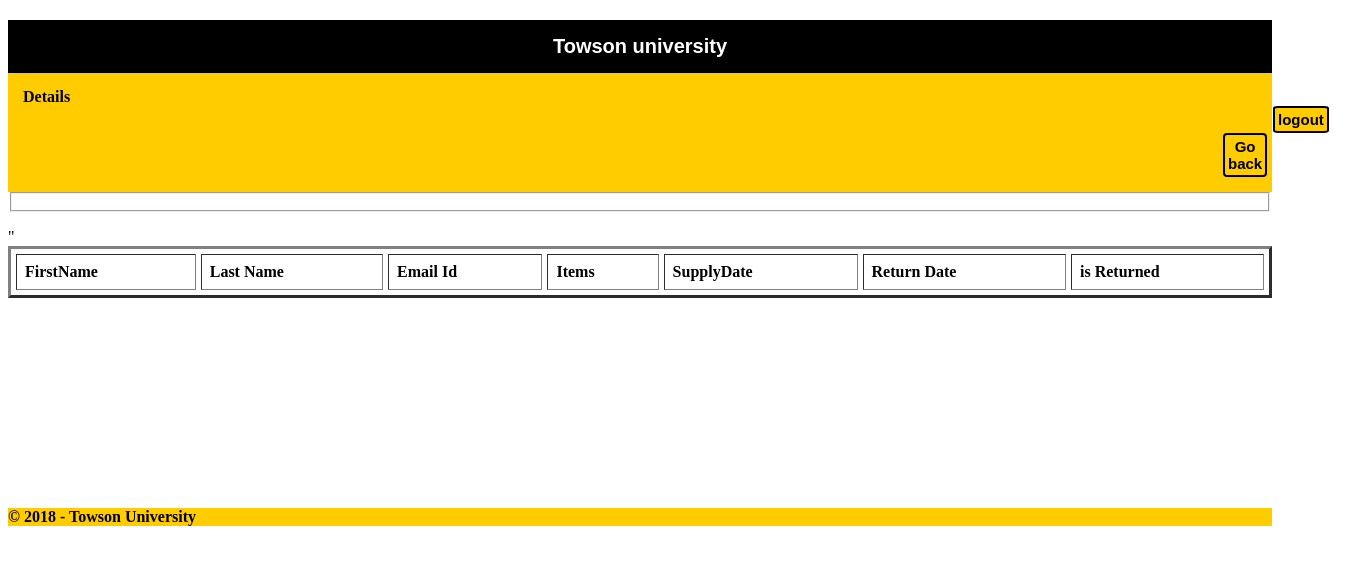
Repository: DatabaseCOSC578/eclipse-workspace11
Page: http://localhost/Supervisor/Supervisorshow.jsp
These files come from the project's save history. The page is drawn as it stood at one moment and after the next save; the edit follows.
The browser window is 1280 px wide. The page is 1329 px wide, then 1347 px, so the pictures cover 1347 px, including what lies to the right of the window. The pictures show the whole page.
The page is served by Tomcat 9. Other server files are loaded and not shown. Queries for data that is not in the repository find no rows.

Above is the page before, as saved 2018-04-16 12:56:11.

### Supervisor/WebContent/Supervisorshow.jsp
<%@page import="java.sql.*"%>
<%@page import="java.lang.*"%>
<%@page import="java.util.*"%>
<html>
<head>
    <link href="css/layout1.css" rel="stylesheet">
</head>

<body>
<header><center>Towson university</center></header>
<form name="inputdetails" action="" method="post" id="form1">
<div ><b>Details</b>

<button id ="b2" type="submit" formaction="login.html">logout</button>
<button id ="b1" type="submit" formaction="Supervisor.jsp">Go back</button>
</div>
<fieldset><center>

<!-- <b>CustId:</b> <input type=text style="width: 200px;" name="custid " placeholder="customer ID"><br><br> -->
<!-- <b>CustName:</b><input type=text style="width: 300px; align:center;" name="custname" placeholder="customer name "><br><br> -->
<!-- <b>Items:<b/><br/> -->
<!-- <textarea rows="5" cols="60"  maxlength="260" name="items" placeholder="Please enter Items List"> -->
<!-- </textarea> <br><br> -->
<!-- <input type=checkbox name="return" value=1>return<br><br> -->
<!-- Supplied date<input type=text name="sdate" placeholder="Supply Date" ><br><br> -->
<!-- Returned date<input type=text name="rdate" placeholder="Return Date" ><br><br> -->
<!-- <input type=submit value=submit> <br><br><br><br><br> -->

</center></fieldset>
</form>
<%
Connection con=null;
try {


//	 Connection con1=db.getconnection();


	 try{
		 Class.forName("com.mysql.jdbc.Driver");
		con = DriverManager.getConnection("jdbc:mysql://127.0.0.1:3306/supervision","root","root");
		System.out.println("Connection Object"+con+"HERERERERERERERERER");

}
catch(Exception e){
e.printStackTrace();
}


	 PreparedStatement ps=con.prepareStatement("select * from supervision.items");
	 ResultSet rs=ps.executeQuery();
	 System.out.println(rs.getRow()+"HERERERERRRR");
	 rs.beforeFirst();
	 //System.out.println(rs.isBeforeFirst());
	 System.out.println(rs.getRow()+"HERERABCDRR");


%>

"<TABLE  BORDER="3" colspan="2"  WIDTH="100%"   CELLPADDING="8" CELLSPACING="5">
		   <TR>
		   <TD><b>FirstName</b></TD>
		    <TD><b>Last Name</b></TD>
		    <TD><b>Email Id</b></TD>
		   <TD><b>Items</b></TD>
		    <TD><b>SupplyDate</b></TD>
		   <TD><b>Return Date</b></TD>
		   <TD><b>is Returned</b> </TD>
		   </TR>

	<%  int i=1;
	 while(rs.next()){ %>
		 <TR>
		   <TD><%out.println(rs.getString(1)); %></TD>
		   <TD><%out.println(rs.getString(2)); %></TD>
		   <TD><%out.println(rs.getString(3));%></TD>
		    <TD><%out.println(rs.getString(4)); %></TD>
		   <TD><%out.println(rs.getString(6)); %></TD>
		   <TD><%out.println(rs.getString(7));%></TD>
		   <TD><% out.println(rs.getString(5));%></TD>
		   </TR>
		 <% //System.out.println(rs.getString(i)+"      "+rs.getString(2)+"                  "+rs.getString(3)+"                  "+rs.getString(4)+"                  "+rs.getString(5)+"      "+rs.getString(6)+"      "+rs.getString(7));
	%>
		   <%
	 }
	 }
	 catch(Exception e) {
		 e.printStackTrace();
	 }
con.close();
%>

		   </TABLE>

</body>
<footer> &copy 2018 - Towson University</footer>
</html>

### Supervisor/WebContent/css/layout1.css
header {
	position: relative;
	color: #FFFFFF;
	font-family: sans-serif;
	font-size: 20px;
	text-align:left;
	background-color: #000000;
	margin: 20;
	margin-left:0;
	margin-bottom:0;
	margin-right:0;

	padding: 15;
	font-weight:700;
}

div {
	background-color: #fc0;
	margin: 0;
	margin-top:0;
	padding: 15;
}

#fs {
	margin-top: 5;
	border: solid;
}

footer {
	font-weight: 800;
	text-color: solid #000000;
	background-color: #fc0;
	margin-top: 210;
}
textarea{
	resize:none;
	border-radius:5%;
}
input[type="submit"] {
	align:center;
	margin: 20px;
	background-color: #fc0;
	padding: 3;
	text-align:center;
	text-weight: 700;
	border: solid 2px;
	font-size: 15;
	border-radius: 9%;
}
input[type="submit"]:hover {
	cursor:pointer;
}

#abc{
align:center;
margin-left:800;
}

#b1 {
		align:center;
	margin-left: 1200;
	background-color: #fc0;
	padding: 3;
	text-align:center;
	text-weight: 700;
	border: solid 2px;
	font-size: 15;
	font-weight:700;
	border-radius: 9%;
	position:relative;
}
#b2 {

	margin-left: 1250;
	background-color: #fc0;
	padding: 3;
	text-align:center;
	text-weight: 700;
	border: solid 2px;
	font-size: 15;
	font-weight:700;
	border-radius: 9%;
	position: relative;

}


#b1:hover {
	cursor:pointer;
}

#hash {
	background-color: #fc0;
}

After the next save:
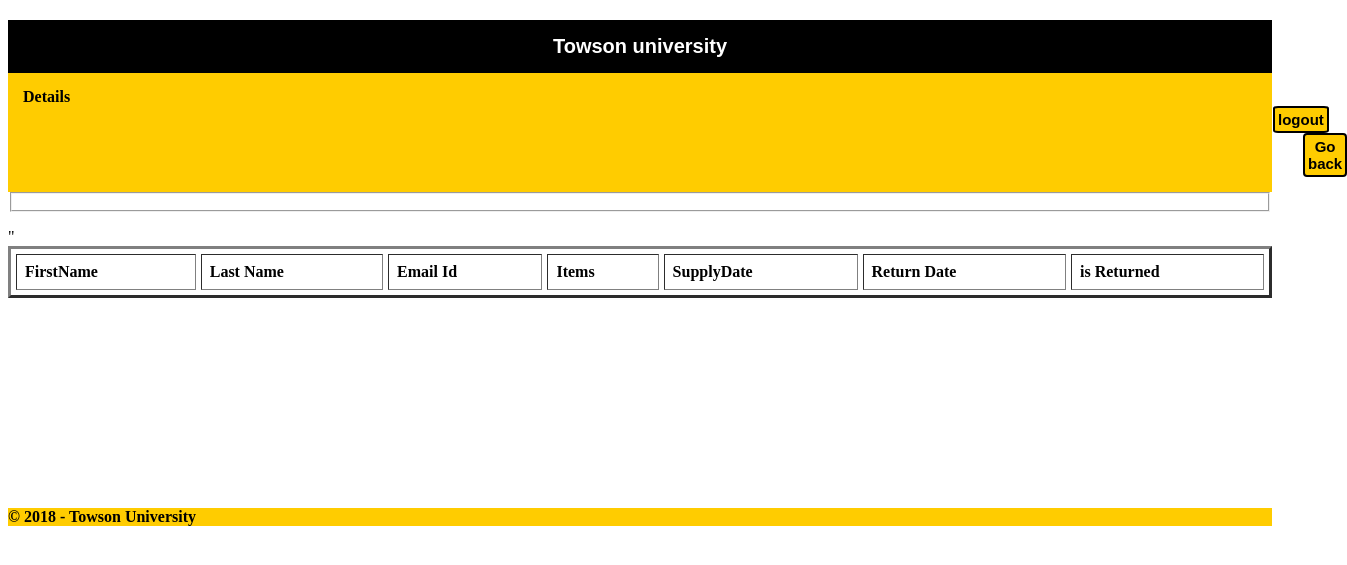
Saved 56 s later.
--- a/Supervisor/WebContent/css/layout1.css
+++ b/Supervisor/WebContent/css/layout1.css
@@ -57,8 +57,8 @@
 }
 
 #b1 {
-		align:center;
-	margin-left: 1200;
+
+	margin-left: 1280;
 	background-color: #fc0;
 	padding: 3;
 	text-align:center;
@@ -85,6 +85,7 @@
 }
 
 
+
 #b1:hover {
 	cursor:pointer;
 }
